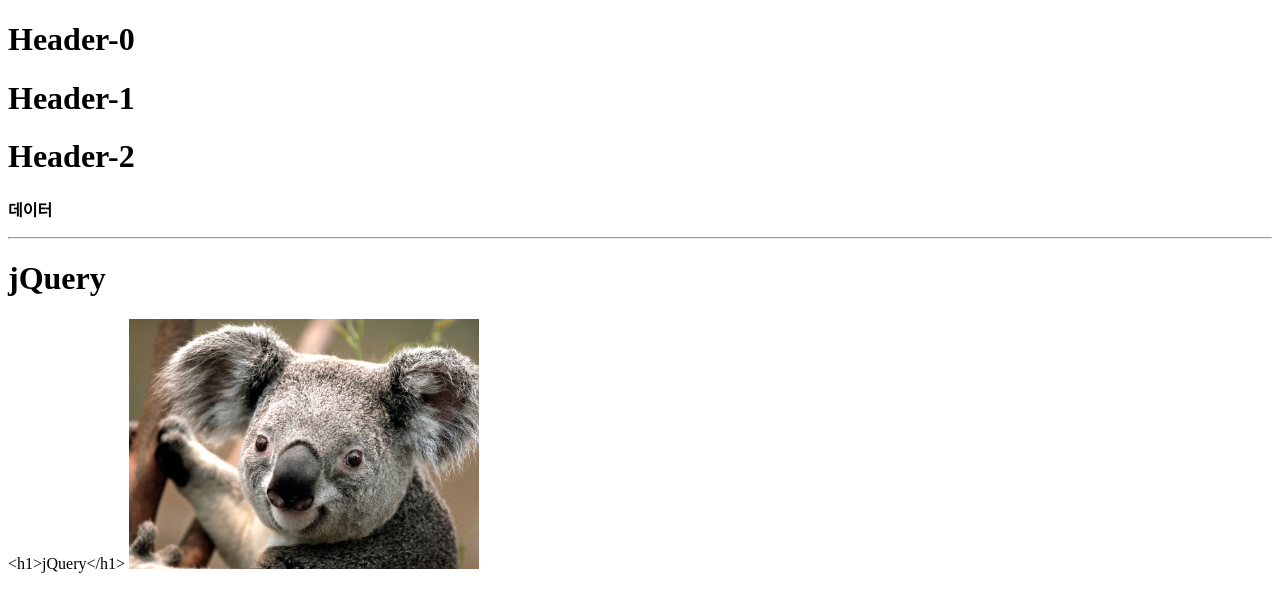
Repository: yoonanet/Web_Workspaces
Page: jQuery/src/main/webapp/03_DOM_Operation.html
The author's editor kept a copy of each file at every save. The page is drawn from the files as they stood at one save, then again after the next save.
The browser window is 1280 px wide. The pictures show the whole page.

Above is the page before, as saved 2023-03-09 11:45:22.

### jQuery/src/main/webapp/03_DOM_Operation.html
<!DOCTYPE html>
<html>
<head>
  <meta charset="UTF-8">
  <title>문서 객체 조작</title> <!-- 조작이라기 보다는 변화를 줄 수 있는 방법의 기능들을 살펴볼 예정임. -->

  <style type="text/css">
     .first {color:red;}
     .second {color:pink;}
     .third {color:orange;}
  </style>

  <script src="./js/jquery-3.6.3.js"></script> <!-- 까먹지 않고 계속적으로 타이핑하기. -->
  <script type="text/javascript">
/* 1. 문서 객체의 클래스 속성 추가
// - addClass() : 문서 객체의 클래스 속성을 추가. -> 선택자 리뷰에서도 살펴봤었음.
//                클래스를 동적인 효과로써 부여해줄 수 있었음.
    // 예제1. 매개변수에 문자열 입력.
	$(function(){
		$('h1').addClass('item');
		//입력으로 item이라는 정보를 넣어줌. => 기존 코드에는 속성을 적용하지 않았지만 최종 코드에는 class라는 속성에 item이라는 값이 넣어짐.
		//입력으로 문자열 데이터를 전달하면 내부에서는 class라는 속성에 그 입력의 문자열 데이터를 넣어주면서 추가해준다는 것을 알 수 있음.
		//즉, addClass()메소드는 선택되어진 태그 코드에 클래스속성을 추가해주는 메소드임.

	});

    // 예제2. 매개변수에 함수 입력.
    $(function(){ //addClass메소드 => 함수를 전달하면서 서로 다른 이름의 클래스 이름을 추가할 수 있는 것임.
    	$('h1').addClass(function(index){
    		//addClass()는 몇번째 h1이였는지에 대한 값도 함께 전달을 하기 때문에 첫번째 h1을 만나면 0의 정보를 만났다고 하면서 함수를 호출하는 구조이다.
    		return 'item_'+index; //이름은 같지만 index값이 순차적으로 전달이 되어지므로 최종적으로 중복되지 않도록 클래스의 속성을 부여할 수 있게 된다.
    	});
    });
*/

/* 2. 문서 객체의 클래스 속성 제거
// - removeClass(): 문서 객체의 클래스 속성을 제거.
// - 여러 개의 클래스 속성 중 선택적으로 제거.

	$(function(){
		$('h1').removeClass('item');
		//removeClass메소드는 'h1'태그에서 'item'이라고 정의되어져 있는 클래스 속성을 만나면 그 클래스 속성을 제거해달라는 기능임!!
	});
*/


/* 3. 문서 객체의 속성 검사
// - attr(): .속성과 관련된 모든 기능 수행.
//           .첫번째 문서 객체의 속성 출력.

	$(function(){
		var src = $('img').attr('src');
		//태그 선택자로 img를 선택 후 attr()메서드 호출 => 입력으로 src 속성을 넣어줌
		//attr(): 태그(img)가 여러 개 있다고 하더라도 처음에 만나는 문서객체에 해당되어지는 value 값만 읽어오게끔 기능을 제공해주고 있는 것이다.
		//        => 태그의 속성 값을 파악하기 위해서 확인하고자 할 때 활용한다.
		//주의) 모든 정보를 다 알려주는 것이 아닌 첫번째로 만나는 문서객체의 값을 읽어온다.

		alert(src); //첫번째 이미지의 src속성에 담겨져 있는 value값을 읽어와준다는 것을 결과로 알 수 있다.
	});
*/



/* 4. 문서 객체의 속성 추가 -> !!속성과 관련된 모든 처리는 attr()메서드가 담당하고 있음!!
// - attr() 메서드 사용.
// - 3가지 형태로 사용.

	$(function(){
// [속성을 추가하는 형태]
//	1) $(selector).attr(name, value);
		//$('img').attr('width', '200'); //결과: 모든 이미지들이 200이라는 사이즈로 리사이징이 되어 화면상에 출력되고 있음
		//3개의 img가 모두 선택됨 -> attr('속성의 이름', '그 속성의 값')으로 지정해주도록 한다.

//	2) $(selector).attr(name, function(index){}); -> 두번째 매개변수에 함수를 넣어줌.
//     속성의 값에서 사용자 지정 함수를 통해 기능을 달리하여 구성할 수 있다.
//     즉, 함수를 통해 전달되어지는 index값에 따라 독립적인 기능을 적용시킬 수 있다!!
		//$('img').attr('width', function(index){
			//- img태그를 만나게 되면 함수가 호출이 됨 -> 첫번째 태그일 경우 0이 전달됨
			//return (index + 1) * 100; //이미지 축소의 개념으로 정의한 것임
		//}); //함수를 전달하면서 위 기능을 전달하게 되면 첫번째 이미지는 100, 두번째 이미지는 200, 세번째 이미지는 300이 되면서 출력이 되어질 것이다.
		    //각각의 이미지의 크기를 달리하면서 출력할 목적으로 작성된 코드임


//	3) $(selector).attr(object); -> 입력으로 객체를 전달
		$('img').attr({
		//객체는 key와 value값을 통해 정의하는 형식이기 때문에 그 형식 그대로 속성을 부여할 수 있다.
		//key에 속성의 이름을 넣어주고, value의 값은 메서드 혹은 고정된 값으로 넣어줄 수 있다.
			width: function(index){
				return (index + 1) * 100;
			}, //값으로 함수를 넣어줄 때는 attr메서드에서 함수로 매개변수가 들어갔을 때랑 동일하게 정의를 해주도록 한다.
			height: 100 //고정된 값을 넣어줌
		});
	}); //결과: 너비와 높이의 두 개의 속성 값을 지정하면서 이미지 왜곡이 생긴 결과 창이 출력되고 있음
*/


/* 5. 문서 객체의 속성 제거
// - removeAttr(name):문서 객체의 속성을 제거해주는 메서드.

	$(function(){
		$('h1').removeAttr('data-index'); //removeAttr메서드의 입력으로 사용자가 임의로 부여해준 속성의 이름(data-index)을 넣어주도록 한다.
	}); //결과적으로 속성자체가 태그에서 제거되고 있는 것을 결과 창으로 확인할 수 있다.
*/


/* 6. 문서 객체의 스타일 검사
// - css(): 스타일과 관련된 모든 기능을 수행.

	$(function(){
		var color = $('h1').css('color'); //css에서 color에 대한 값을 읽어오도록 함.
		// css메소드도 적용되고 있는 속성중에 color의 값을 읽어오라고 하면
		// => 첫번째로 만나는 h1의 color의 value값을 반환해오고 있다.
		alert(color); //첫번째 요소의 rgb값이 출력됨(rgb(255, 0, 0))

	}); // -> 스타일에 대한 속성의 값을 검사할 때 활용하도록 한다.
*/


/* 7. 문서 객체의 스타일 추가 - css메서드를 활용
//- 사용형태 3가지 (attr()와 동일한 형태로 제공을 해주고 있음.)
$(function(){
// 1) $(selector).css(name, value);
		//$('h1').css('color', 'blue'); //모든 h1에 텍스트 색상을 파란색으로 적용하도록 함
		//소스코드에 가보면 body부분에 style로 속성이 적용되어지고 있음
		//css메소드로 속성의 이름과 그때 적용할 수 있는 값으로 전달하여 처리할 수 있다.

// 2) $(selector).css(name, function(index) { });
//   . 선택자로 선택한 문서 객체에 개별적으로 스타일 속성을 적용하고 싶을 때 사용하는 방법.
//   . 함수를 이용하면 그 안에 적용되는 기능에 따라서 다양한 효과를 부여할 수 있는 것임 => 지금은 어떠한 효과를 줄 수 있는지를 실습으로 확인해보는 것임.

		var color = ['red', 'green', 'blue']; //세개의 값을 저장하는 배열변수를 선언

		$('h1').css('color', function(index){ //두번째 매개변수로 함수를 전달하면 프로그래머가 다양한 기능을 지정해줄 수 있음!!
			return color[index]; //h1태그를 index에 따라서 color를 독립적으로 색상이 적용하도록 한다. (첫번째 h1은 red, 두번째 h1은 green, 세번째 h1은 blue로 적용됨)
		});

// 3) $(selector).css(object);
	var color = ['red', 'green', 'blue'];

	$('h1').css({ //매개변수를 객체로 전달을 하게 되면 여러 속성들을 map의 형태로 정의해줄 수 있음
		color:function(index){ return color[index]; }, //2)에서 정의했던 부분이랑 동일하게 해석하면 됨.
		background:'black' //추가적인 속성을 지정해주도록 함.
	}); //객체는 필드에 제한이 없기 때문에 여러 속성의 값들을 적용을 하면서
	    //해당 선택자에 선택되어진 태그에 다양한 효과를 부여해줄 수 있다!!

});
*/

/* 8. 문서 객체의 내부 검사
$(function(){
//- 기존 자바스크립트에서 문서 객체의 innerHTML 속성과 관련된 jQuery 메서드.
//- 1) html(): 문서 객체 내부의 글자와 관련된 모든 기능을 수행.

	var html = $('h1').html(); //반환되어지는 값을 통해서 html기능을 확인해 볼 예정
	alert(html); //Header-0 => 첫번째 h1에 텍스트노드에 있는 문자열에 대한 데이터를 반환해주는 것을 확인해볼 수 있다.
	//추가를 할 수 있지만 속성과 관련된 검사에 대한 기능으로 메서드를 그대로 활용할 수 있는 것임


//- 2) text(): html()과 유사하게 동작되어지는 메서드로써 추가적인 제공을 해줌.
//   . 문서 객체 내부의 글자와 관련된 모든 기능을 수행.
//   . 선택자로 선택한 모든 문서 객체의 글자를 가져와 출력.

	var text = $('h1').text();
	alert(text); //Header-0Header-1Header-2 => 모든 h1에 텍스트노드에 있는 문자열에 대한 데이터를 연속으로 반환해줌.

	//[html과 text ↓]
	//=> 문자열 데이터를 읽어와주는 기능이라는 것은 동일함.
	//하지만, html을 호출하면 만나는 첫번째 h1의 정보만을 보여주면서 기다리게 되고,
	//        text로 호출을 하게 되면 모든 h1을 검색해서 텍스트의 형태로 반환을 해주고 있다.

});
*/

/* 9. 문서 객체의 내부 추가 => html()과 text()를 활용할 수 있음
// 1) $(selector).html(value);
//       -> HTML 태그를 인식해 문자열 삽입.

	$(function(){
		$('div').html('<h1>$().html()</h1>'); //태그로 인식하여 동작이 되면 h1태그 안이 문자열로 인식될 것임
	 	//결과적으로 div태그에 html입력으로 작성해줬던 코드들이 태그로 인식되어 삽입이 되어지고 있다는 것을 확인해 볼 수 있다.

//    $(selector).text(value);
//       -> HTML 태그를 인식하지 않음.

		$('div').text('<h1>$().html()</h1>');
		//text입력으로 넣어준 코드들이 태그로 인식이 되어지는 것이 아니라 텍스트(문자열) 자체로 인식이 되어진다는 것을 결과창으로 확인할 수 있다.
	});

//  2) $(selector).html(function(index, html){}); //입력으로 함수를 전달할 수 있게끔 기능이 오버로딩 되어 있음
//     $(selector).text(function(index, html){});

    //[html적용 - 태그로 인식]
    $(function(){
    	$('div').html(function(index, html){
    		return '<h1>Header - '+index+'</h1>'; //h1을 태그로 적용하기 때문에 제목의 형태로 인덱스값만 달리하여 결과값을 확인할 수 있다.
    	});

    });

    //[text적용 - 텍스트로 인식]
    $(function(){
    	$('div').text(function(index, html){
    		return '<h1>Header - '+index+'</h1>'; //태그의 형태가 아닌 텍스트의 형태로 출력이 되는 것을 확인해볼 수 있다.
    	});

    });
   */

/* 10. 문서 객체의 내부 제거
// 1) remove(): 특정 문서 객체를 제거.
// 2) empty() : 특정 문서 객체의 후손을 모두 제거.
// css에서도 동일하게 제공을 해주고 있었음. 하지만 css는 정적으로 하여 처리를 해줄 수 있을 뿐이지 수행하는 과정에서 동적인 처리를 하기에는 어려움이 있음

	//[remove()메소드]
	$(function(){
		$('h1').first().remove(); //첫번째 h1을 제거함.
	}); //remove()를 활용하면 특정 문서 객체가 사라지게 하는 효과를 가져갈 수 있음

	//[empty()메소드]
	$(function(){
		$('div').first().empty(); //empty(): div(선택되어진 태그)에 후손으로 있는 모든 태그들을 제거함.(div안에 있는 모든 요소들이 대상으로 선택됨)
	});
*/

/* 11. 문서 객체의 생성(1)
//- 텍스트 노드를 갖는 문서 객체를 생성하는 방법.
//- $(): 문서 객체 생성.
//- $() 함수의 매개 변수에 HTML 태그를 문자열로 넣기만 하면 문서 객체가 생성됨.
//- 자바스크립트에서는 문서객체를 생성하려면 태그하나만 생성하려고 해도 createElement로 생성을 하고
//  텍스트 노드가 있다면 createTextNode를 생성하고 이 둘을 연결하고, 출력의 위치를 연결해줘야 하는 번거로운 코드를 구성했어야 했음.

//- 생성한 문서 객체를 body 태그에 추가하는 방법1.
	//$(document).ready(function(){});

	$(function(){
		//태그를 추가하고 싶다고 할 때는 추가할 태그를 입력으로 넣어주면 된다. => jQuery가 자동인식을 함. (createElement와 동일한 효과)
		$('<h1></h1>').html('Hello jQuery!').appendTo('body');
		//h1은 텍스트노드가 삽입이 되어야 의미가 있음
		//-> 메서드 체이닝 방식을 통해 html메서드를 호출하여 삽입할 텍스트를 넣어주도록 한다. (createTextNode와 동일한 효과)
		//-> jQuery는 자체적으로 연결을 해주기 때문에 별도로 작업을 수행할 필요가 없음!!
		//-> 출력의 위치는 appendTo()메서드를 이용해서 태그를 지정해주도록 한다.
		//   appendTo는 입력으로 지정한 태그를 기준으로 자식으로 넣어주겠다는 의미이다.
		//즉, jQuery를 이용하면 자바스크립트에서의 번거로웠던 코드에서 간단하게 한줄로 코드를 작성할 수 있게 되는 것이다. (+) 더 직관적임, 메소드를 기억해야 하는 부담감도 덜어짐.

	});


//- $() 메서드의 내부에 HTML 태그를 바로 넣어 body 태그에 추가하는 방법2 => 위 1방법보다 더 간단해짐.
	$(function(){
		$('<h1>Hello jQuery</h1>').appendTo('body'); //body태그 뒤에 추가함.
		//html을 생략하여 완성된 구문을 jQuery함수에 호출 시에 넣어주면서 appendTo에 지정한 영역에 추가해달라는 의미를 전달하게 된다. => 더 간결한 코드를 작성할 수 있음.
	});
	*/

/* 12. 문서 객체의 생성(2)
//- 텍스트 노드를 갖지 않는 문서 객체(고유속성을 가지고 있음)를 생성하는 방법. ex)자바스크립트에서는 img태그로 실습을 했었음
//  -> 따라서 attr()의 메소드를 활용하여 값을 부여하도록 한다.

	$(function(){
		$('<img />').attr('src', 'img/Koala.jpg').appendTo('body');
		//이미지 태그를 추가할 때 이전에 컨셉과 동일함 (img태그는 src속성을 지정해줘야 의미를 가짐.)
		//jQuery에서 속성과 관련된 처리를 해주는 메서드는 attr()로 처리함.
		//이후에 appendTo메서드를 통해 추가될 영역을 지정하여 추가하도록 한다.
	});
	*/
	$(function(){ //확인해보기!!
		$('<img />').attr({ //attr()메소드에서 객체로 전달을 하게되면 다양한 속성을 한번에 적용을 할 수가 있음 (바로 속성을 지정하도록 하면 한 가지의 속성만 지정할 수 있음)
			src:'img/Koala.jpg',
			width:'350',
			height:'250'
		}).appendTo('body');

	});



/* 13. 문서 객체의 삽입(1) => 다양한 메서드로 정의를 해서 제공을 해줌으로써 다양한 위치에 삽입할 수 있는 방법들을 제공 */
//- $(A).appendTo(B)  : A를 B의 뒷 부분(자식 요소)에 추가한다.
//- $(A).prependTo(B)  : A를 B의 앞 부분(자식 요소)에 추가한다. => body로 지정하면 안됨.(body앞에 태그가 올 수 없음)
//- $(A).insertAfter(B)  : A를 B의 뒤(형제요소)에 추가한다.     => 대등한 관계로 바라봄. 나란히 앞이나 뒤에 붙이는 것임
//- $(A).insertBefore(B)  : A를 B의 앞(형제요소)에 추가한다.


/* 14. 문서 객체의 삽입(2) => (1)에서 주체가 바뀌는 것임 => 주체가 A임
//     이름이 간단해서 주로 많이 사용됨.
//- $(A).append(B) : B를 A의 뒷 부분(자식 요소)에 추가한다. =>(A)에 body가 들어가면 됨.
//- $(A).prepend(B) : B를 A의 앞 부분에 추가한다.           =>앞에 자식으로 붙이겠다는 의미
//- $(A).after(B)    : B를 A의 뒤에 추가한다.               =>대등한 관계.
//- $(A).before(B)   : B를 A의 앞에 추가한다.

//- 모든 메서드 사용 방법 동일
//- 1. $(selector).append(content, content, ....... , content) : 갯수의 제한 없이 얼마든지 추가할 수 있는 첫번째 형식.

	$(function(){
		var h1 = '<h1>Header 1</h1>';
		var h2 = '<h2>Header 2</h2>';

		$('body').append(h1, h2, h1, h2); //=> 갯수는 제한이 없음
		//append일 때는 주체가 앞에 옴. body의 자식으로 지정해준 변수의 태그들을 추가해달라는 의미이다.
		//=> body에서 맨 하단에 추가됨!!
	});
*/

//- 2. $(selector).append(function(index, value){}); //append메서드에 함수를 전달하게끔 정의가 되어져 있음


//- 3.



/* 15. 문서 객체의 이동 */
//- 기존에 존재하는 문서 객체를 선택하고 문서 객체 삽입 메서드를 사용하면, 문서 객체를 쉽게 다른 곳으로 이동시킬 수 있다.



/* 16. 문서 객체의 복제 */
//- 기존 문서 객체를 선택하고 문서 객체 삽입 메서드를 사용하면, 문서 객체가 이동.


//=========
//- clone() : 문서 객체 복제.
//- $(selector).clone()
//  $(selector).clone(Boolean dataAndEvents)
//  $(selector).clone(Boolean dataAndEvents, Boolean deepDataAndEvents)




</script>
</head>

<body>

<!-- 1. 문서 객체의 클래스 속성 추가
    <h1>Header-0</h1>
    <h1>Header-1</h1>
    <h1>Header-2</h1>
-->

<!-- 2. 문서 객체의 클래스 속성 제거
    <h1 class="item">Header-0</h1>
    <h1 class="item select">Header-1</h1>
    <h1 class="item">Header-2</h1>
-->

<!-- 3/4. 문서 객체의 속성 검사/추가
    <img src="img/Koala.jpg" />
    <img src="img/Penguins.jpg" />
    <img src="img/Tulips.jpg" />
-->

<!-- 5. 문서 객체의 속성 제거:
     속성에 'data-'의 접두어가 들어가면 공식적인 속성이 아닌 프로그래머 혹은 개발자가 새롭게 추가해주고 있는 속성이 된다.
     !!속성 이름을 보면서 체크를 하도록 해야한다!!
    <h1 data-index="0">Header-0</h1>
    <h1 data-index="1">Header-1</h1>
    <h1 data-index="2">Header-2</h1>
-->

<!-- 6. 문서 객체의 스타일 검사
    <h1 class="first">Header-0</h1>
    <h1 class="second">Header-1</h1>
    <h1 class="third">Header-2</h1>
-->

<!-- 7/8. 문서 객체의 스타일 추가
    <h1>Header-0</h1>
    <h1>Header-1</h1>
    <h1>Header-2</h1>
-->

<!-- 9-1. 문서 객체의 내부 추가
    <div></div>
    <div></div>
    <div></div>
 -->

<!-- 9-2. 문서 객체의 내부 추가 -->
    <h1>Header-0</h1>
    <h1>Header-1</h1>
    <h1>Header-2</h1>


<!-- 10. 문서 객체의 내부 제거
    <div>
        <h1>Header-0</h1>
        <h1>Header-1</h1>
    </div>
 -->

<!-- 14. 문서 객체의 삽입(2)  -->
    <div>
       <b>데이터</b>
       <ul id="name_region"></ul>
    </div>


<!-- 14. 문서 객체의 삽입(3)
    <header>
    	<h1>데이터</h1>
    </header>
 -->

<!-- 15. 문서 객체의 이동
    <img src="img/Chrysanthemum.jpg" />
    <img src="img/Desert.jpg" />
    <img src="img/Hydrangeas.jpg" />
    <img src="img/Koala.jpg" />
    <img src="img/Penguins.jpg" />
    <img src="img/Tulips.jpg" />
-->

<!-- 16. 문서 객체의 복제
    <h1>HEADER</h1>
    <hr />
    <div></div>
    <hr />
-->
	<hr>
	<!-- 브라우저에서는 어떻게 처리되기 때문에 어떤 경우에는 태그로 인식되고 어떤 경우에는 문자열로 인식이 되고 있는가?
		 번외) 브라우저 상에는 <h1> 태그가 보여지지 않고 헤더의 역할로써 진한 글씨체로 큰 사이즈의 글씨를 보여주고 있음
			   브라우저는 <를 만나는 즉시 태그로 인식함. 따라서 브라우저 상에서 그대로 출력이 안됨
	           태그로 동작을 시키는 것이 아니라 이 모양 그대로 브라우저에 문자열처럼 똑같이 출력을 하고 싶다면 우리가 어떻게 해줄 수 있을까?
	           이 부분이 text() 메서드가 동작을 해주고 있던 기능이였음. 이 부분을 더 살펴볼 예정이다. -->
	<h1>jQuery</h1>
	&lt;h1&gt;jQuery&lt;/h1&gt;
	<!-- 브라우저는 &lt;를 만나면 <로 표시를 해준다.
	                >는 &gt;로 약속을 해놓음!!
	     즉, text()메소드는 <와 >를 만났을 때 &lt;와 &gt;로 변환을 해주면서 출력을 해주는 것이다.
	         html()메소드는 변환하지 않고 그대로 실행을 함 => 이렇듯 text와 html은 내부적인 차이점을 가지고 있는 것이다. -->


</body>
</html>

Loaded but not shown: jQuery/src/main/webapp/js/jquery-3.6.3.js (library)

After the next save:
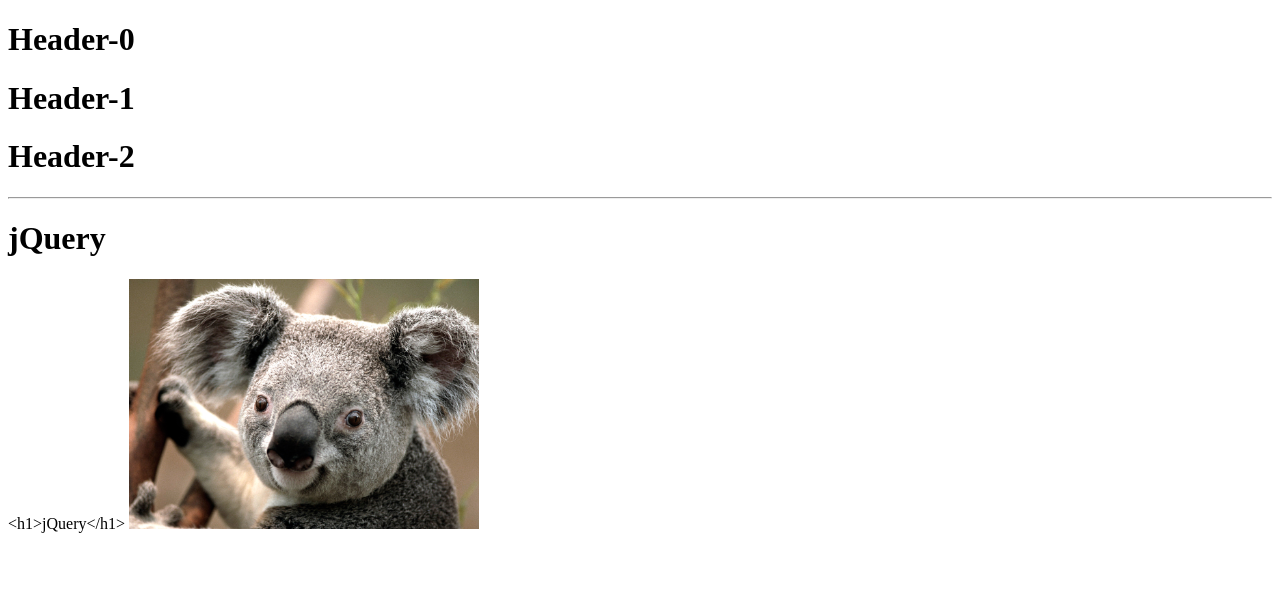
Saved 46 s later.
--- a/jQuery/src/main/webapp/03_DOM_Operation.html
+++ b/jQuery/src/main/webapp/03_DOM_Operation.html
@@ -388,12 +388,12 @@ $(function(){
     </div>
  -->
 
-<!-- 14. 문서 객체의 삽입(2)  -->
+<!-- 14. 문서 객체의 삽입(2)
     <div>
        <b>데이터</b>
        <ul id="name_region"></ul>
     </div>
-
+   -->
 
 <!-- 14. 문서 객체의 삽입(3)
     <header>
